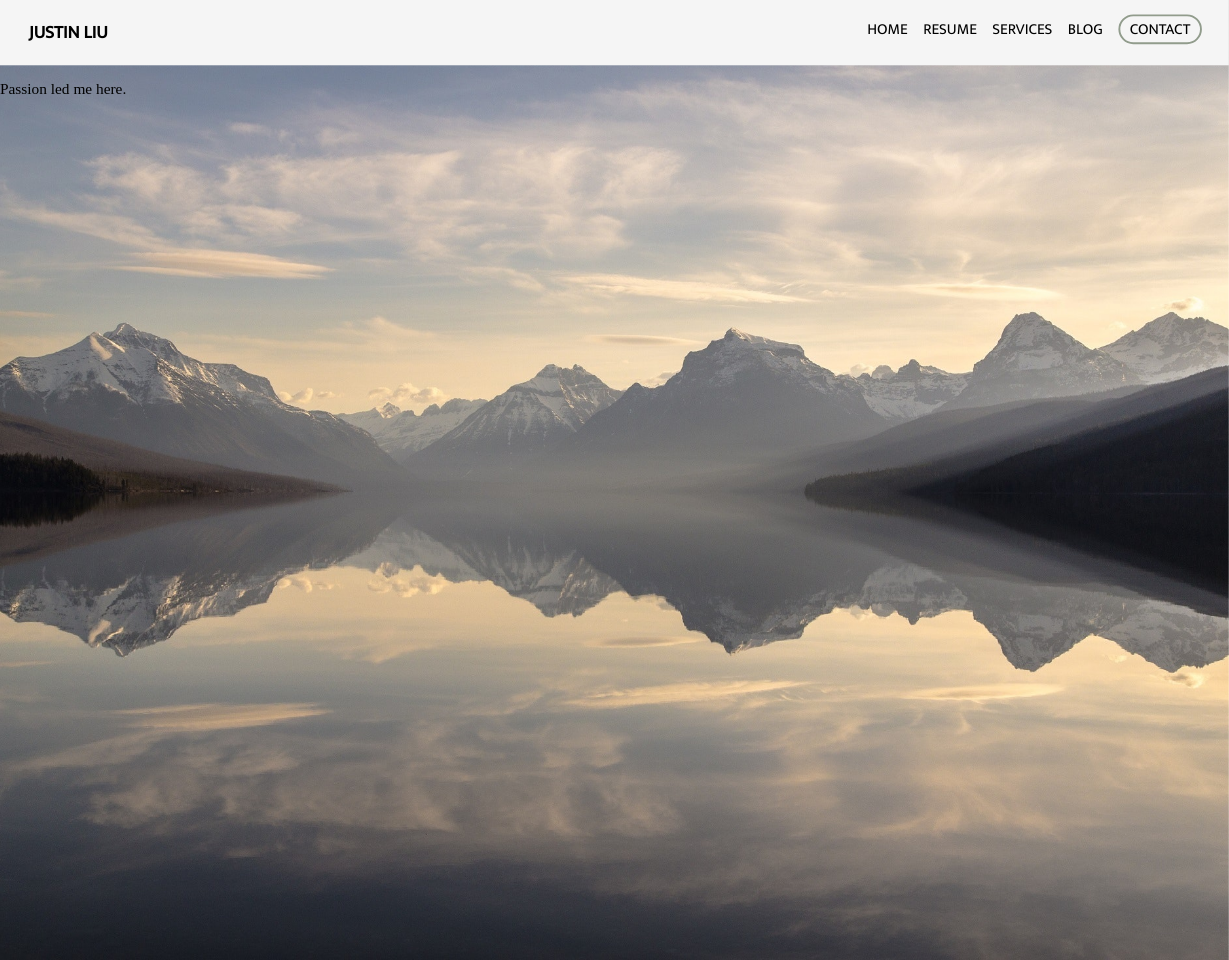
Repository: justinliu88/personal-projects
Page: index.html
These files come from the project's save history. The page is drawn as it stood at one moment and after the next save; the edit follows.
The browser window is 1280 px wide. The pictures show the whole page, at 96% of full size.
Some web libraries are served in a nearby version. The style sheet was rebuilt from its Sass, Less or Tailwind sources for each picture, by a compiler version that may differ from the author's.

Above is the page before, as saved 2020-03-17 11:09:43.

After the next save:
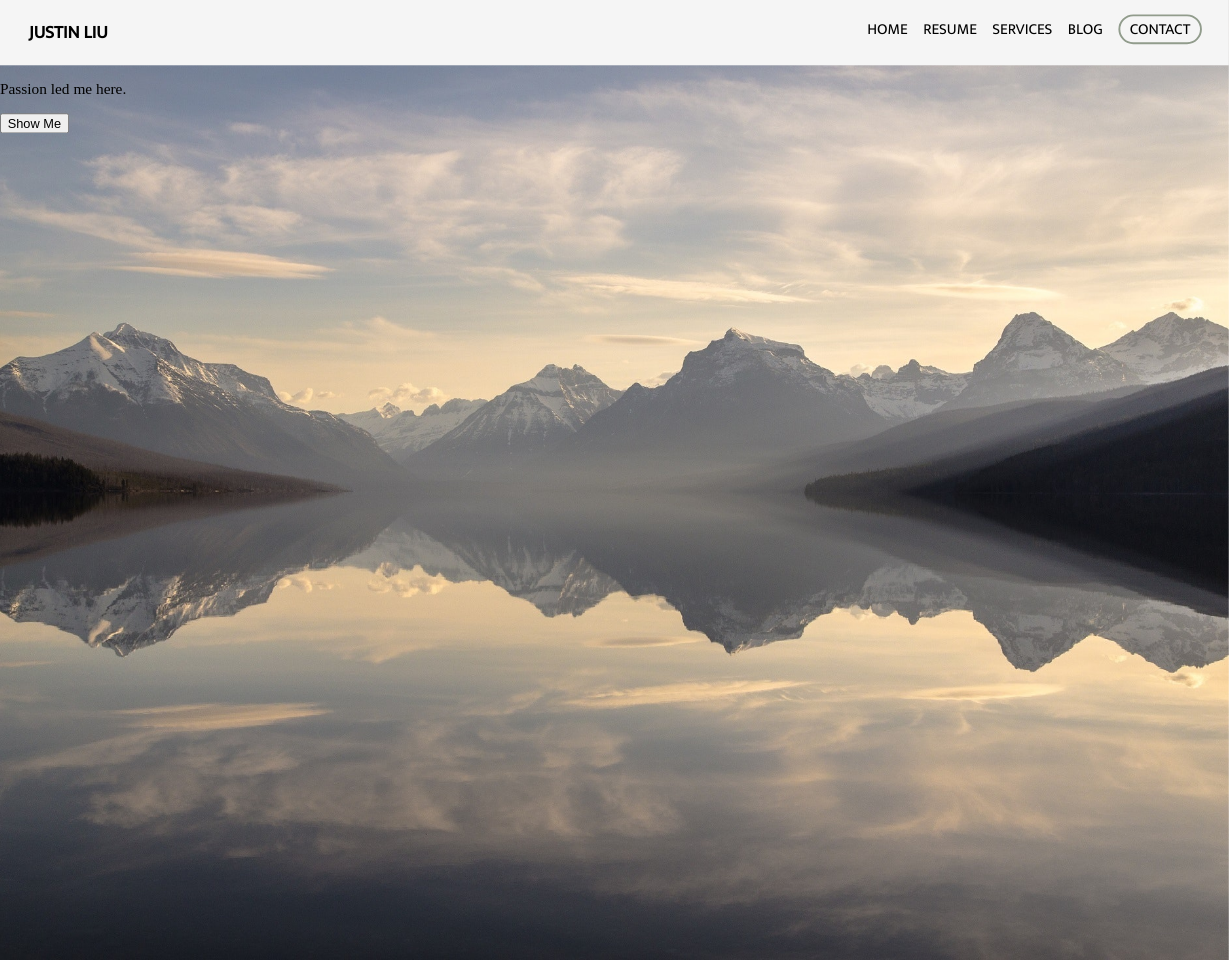
Saved 3 min 48 s later.
--- a/index.html
+++ b/index.html
@@ -37,6 +37,9 @@
         <p class="container-slogan__content">
             Passion led me here.
         </p>
+        <div class="container-slogan__explore">
+            <button type="button">Show Me</button>
+        </div>
     </div>
 
 
